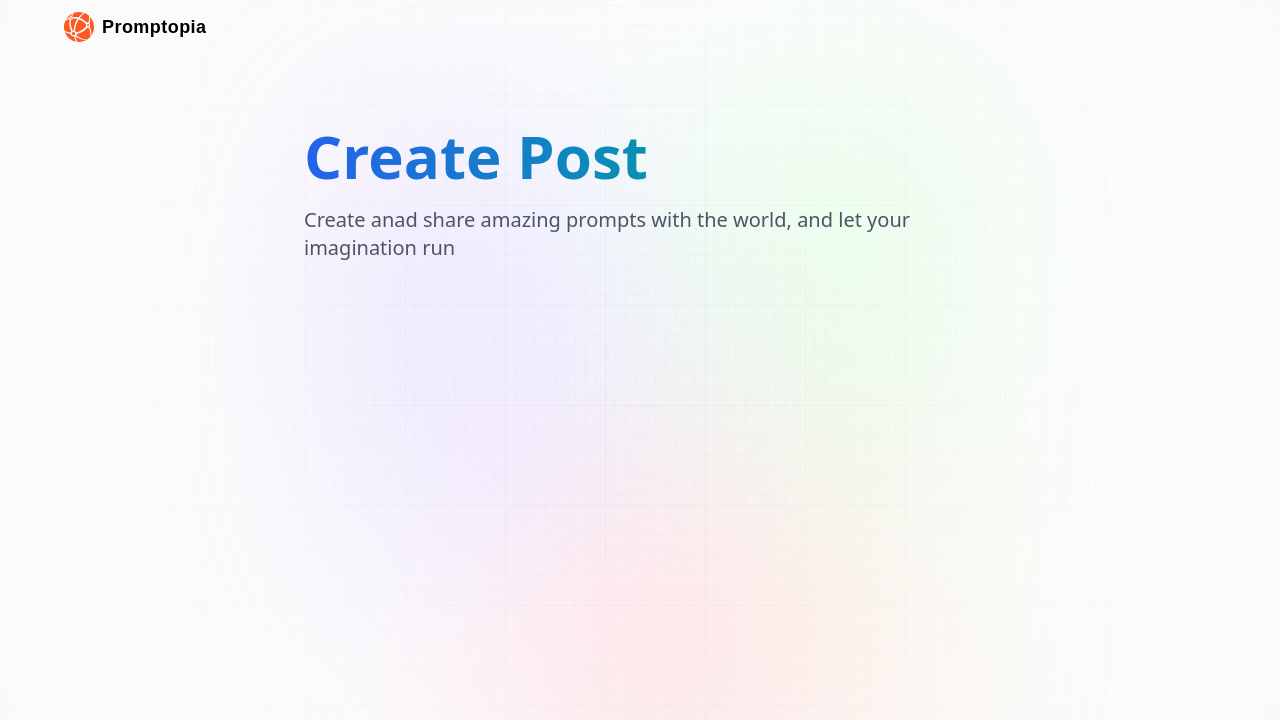
Repository: shraddesh123/promptAI
Page: /create-prompt
The author's editor kept a copy of each file at every save. The page is drawn from the files as they stood at one save, then again after the next save.
The browser window is 1280 px wide. The pictures show the whole page.
The page's requests for data from a server got no answer. The project was rebuilt for these pictures with package versions that can differ from the ones it lists, and the page was loaded fresh each time. The framework's server and built-in components were replaced by stand-ins that run in the browser. No one was signed in, and anything a server would have sent is missing. Also part of the build but not shown: next.config.mjs.

Above is the page before, as saved 2024-08-02 18:15:54.

### app/layout.jsx

import "@styles/global.css";
import Nav from "@components/Nav";
import Provider from "@components/Provider";


export const metadata = {
    title: "Promptopia",
    description: "Discover & Share AI Prompts",
};
//we did not returning anything like other components
const RootLayout = ({ children }) => (
    <html lang='en'>
        <body>
            <Provider>
                <div className='main'>
                    <div className='gradient' />
                </div>
                <main className='app'>
                    <Nav />
                    {children}
                </main>
            </Provider>
        </body>
    </html>
);

export default RootLayout;

### app/create-prompt/page.jsx
"use client";
import { useState } from "react"
import { useSession } from "next-auth/react";
import { useRouter } from "next/router";

import Form from "@components/Form";


const CreatePrompt = () => {
    const [Submitting, setSubmitting] = useState(false);
    const [Post, setPost] = useState({
        prompt: '',
        tag: '',
    });
    const createPrompt = async (e) => {

    }
    return (
        <div>
            <Form
                type="Create"
                post={Post}
                setPost={setPost}
                Submitting={Submitting}
                handleSubmit={createPrompt}
            />
        </div>
    )
}

export default CreatePrompt

### styles/global.css
@import url("https://fonts.googleapis.com/css2?family=Inter:wght@100;200;300;400;500;600;700;800;900&display=swap");

@tailwind base;
@tailwind components;
@tailwind utilities;

/*
  Note: The styles for this gradient grid background is heavily inspired by the creator of this amazing site (https://dub.sh) – all credits go to them!
*/

.main {
  width: 100vw;
  min-height: 100vh;
  position: fixed;
  display: flex;
  justify-content: center;
  padding: 120px 24px 160px 24px;
  pointer-events: none;
}

.main:before {
  background: radial-gradient(circle, rgba(2, 0, 36, 0) 0, #fafafa 100%);
  position: absolute;
  content: "";
  z-index: 2;
  width: 100%;
  height: 100%;
  top: 0;
}

.main:after {
  content: "";
  background-image: url("/assets/images/grid.svg");
  z-index: 1;
  position: absolute;
  width: 100%;
  height: 100%;
  top: 0;
  opacity: 0.4;
  filter: invert(1);
}

.gradient {
  height: fit-content;
  z-index: 3;
  width: 100%;
  max-width: 640px;
  background-image: radial-gradient(
      at 27% 37%,
      hsla(215, 98%, 61%, 1) 0px,
      transparent 0%
    ),
    radial-gradient(at 97% 21%, hsla(125, 98%, 72%, 1) 0px, transparent 50%),
    radial-gradient(at 52% 99%, hsla(354, 98%, 61%, 1) 0px, transparent 50%),
    radial-gradient(at 10% 29%, hsla(256, 96%, 67%, 1) 0px, transparent 50%),
    radial-gradient(at 97% 96%, hsla(38, 60%, 74%, 1) 0px, transparent 50%),
    radial-gradient(at 33% 50%, hsla(222, 67%, 73%, 1) 0px, transparent 50%),
    radial-gradient(at 79% 53%, hsla(343, 68%, 79%, 1) 0px, transparent 50%);
  position: absolute;
  content: "";
  width: 100%;
  height: 100%;
  filter: blur(100px) saturate(150%);
  top: 80px;
  opacity: 0.15;
}

@media screen and (max-width: 640px) {
  .main {
    padding: 0;
  }
}

/* Tailwind Styles */

.app {
  @apply relative z-10 flex justify-center items-center flex-col max-w-7xl mx-auto sm:px-16 px-6;
}

.black_btn {
  @apply rounded-full border border-black bg-red-500 py-1.5 px-5 text-white transition-all hover:bg-white hover:text-black text-center text-sm font-inter flex items-center justify-center;
}

.outline_btn {
  @apply rounded-full border border-black bg-transparent py-1.5 px-5 text-black transition-all hover:bg-black hover:text-white text-center text-sm font-inter flex items-center justify-center;
}

.head_text {
  @apply mt-5 text-5xl font-extrabold leading-[1.15] text-black sm:text-6xl;
}

.orange_gradient {
  @apply bg-gradient-to-r from-amber-500 via-orange-600 to-yellow-500 bg-clip-text text-transparent;
}

.green_gradient {
  @apply bg-gradient-to-r from-green-400 to-green-500 bg-clip-text text-transparent;
}

.blue_gradient {
  @apply bg-gradient-to-r from-blue-600 to-cyan-600 bg-clip-text text-transparent;
}

.desc {
  @apply mt-5 text-lg text-gray-600 sm:text-xl max-w-2xl;
}

.search_input {
  @apply block w-full rounded-md border border-gray-200 bg-white py-2.5 font-satoshi pl-5 pr-12 text-sm shadow-lg font-medium focus:border-black focus:outline-none focus:ring-0;
}

.copy_btn {
  @apply w-7 h-7 rounded-full bg-white/10 shadow-[inset_10px_-50px_94px_0_rgb(199,199,199,0.2)] backdrop-blur flex justify-center items-center cursor-pointer;
}

.glassmorphism {
  @apply rounded-xl border border-gray-200 bg-white/20 shadow-[inset_10px_-50px_94px_0_rgb(199,199,199,0.2)] backdrop-blur p-5;
}

.prompt_layout {
  @apply space-y-6 py-8 sm:columns-2 sm:gap-6 xl:columns-3;
}

/* Feed Component */
.feed {
  @apply mt-16 mx-auto w-full max-w-xl flex justify-center items-center flex-col gap-2;
}

/* Form Component */
.form_textarea {
  @apply w-full flex rounded-lg h-[200px] mt-2 p-3 text-sm text-gray-500 outline-0;
}

.form_input {
  @apply w-full flex rounded-lg mt-2 p-3 text-sm text-gray-500 outline-0;
}

/* Nav Component */
.logo_text {
  @apply max-sm:hidden font-satoshi font-semibold text-lg text-black tracking-wide;
}

.dropdown {
  @apply absolute right-0 top-full mt-3 w-full p-5 rounded-lg bg-white min-w-[210px] flex flex-col gap-2 justify-end items-end;
}

.dropdown_link {
  @apply text-sm font-inter text-gray-700 hover:text-gray-500 font-medium;
}

/* PromptCard Component */
.prompt_card {
  @apply flex-1 break-inside-avoid rounded-lg border border-gray-300 bg-white/20 bg-clip-padding p-6 pb-4 backdrop-blur-lg backdrop-filter md:w-[360px] w-full h-fit;
}

.flex-center {
  @apply flex justify-center items-center;
}

.flex-start {
  @apply flex justify-start items-start;
}

.flex-end {
  @apply flex justify-end items-center;
}

.flex-between {
  @apply flex justify-between items-center;
}

### components/Nav.jsx
"use client";
import Link from "next/link"
import Image from "next/image"
import { useState, useEffect } from "react"
import { signIn, signOut, useSession, getProviders } from 'next-auth/react'


const Nav = () => {

    const { data: session } = useSession();
    const [providers, setProviders] = useState(null);
    const [toggleDropdown, setToggleDropdown] = useState(false);

    useEffect(() => {//functional component to fetch the available authentication providers from the next-auth library
        const setUpProviders = async () => {
            const res = await getProviders();//the getProviders function is called and the result is stored in the res variable.
            setProviders(res);
            // The setProviders function is then called with the res variable to update the providers state variable.
        }
        setUpProviders();
    }, []);


    return (
        <nav className="flex-between w-full mb-16 pt-3">
            <Link
                href="/"
                className="flex gap-2 flex-center">

                <Image
                    src="/assets/images/logo.svg"
                    width={30}
                    height={30}
                    className="object-contain"
                    alt="logo"
                />

                <p className="logo_text">Promptopia</p>

            </Link>
            {/*desktop navigation*/}
            <div className="sm:flex hidden">
                {session?.user ? (
                    <div className="flex gap-3 md:gap-5">
                        <Link
                            href="/create-prompt"
                            className="black_btn"
                        >
                            Create Post
                        </Link>
                        <button
                            type="button"
                            onClick={signOut}
                            className="outline_btn">
                            Sign Out
                        </button>
                        <Link href="/profile">
                            <Image
                                src={session?.user.image}
                                width={37}
                                height={37}
                                className="rounded-full"
                                alt="profile"
                            />
                        </Link>
                    </div>
                ) : (
                    <>
                        {providers &&
                            Object.values(providers).map((provider) => (
                                <button
                                    type='button'
                                    key={provider.name}
                                    onClick={() => {
                                        signIn(provider.id);
                                    }}
                                    className='black_btn'
                                >
                                    Sign In
                                </button>
                            ))}
                    </>
                )}
            </div>
            {/*mobile navigation*/}
            <div className="sm:hidden flex relative">
                {session?.user ? (
                    <div className="flex">
                        <Image
                            src={session?.user.image}
                            width={30}
                            height={30}
                            className="object-contain cursor-pointer"
                            alt="profile"
                            onClick={() => setToggleDropdown(!toggleDropdown)}//prev is a reference to the previous value of the toggleDropdown state variable.!prev expression is used to toggle the value of prev. If prev is true, !prev will be false, and vice versa.
                        />
                        {toggleDropdown && (
                            <div className="dropdown">
                                <Link
                                    href='/profile'
                                    className='dropdown_link'
                                    onClick={() => setToggleDropdown(false)}
                                >
                                    My Profile
                                </Link>
                                <Link
                                    href='/create-prompt'
                                    className='dropdown_link'
                                    onClick={() => setToggleDropdown(false)}
                                >
                                    Create Post
                                </Link>
                                <button
                                    type="button"
                                    onClick={() => {
                                        setToggleDropdown(false);
                                        signOut();
                                    }}
                                    className="mt-5 w-full black_btn"
                                >
                                    Sign Out
                                </button>
                            </div>
                        )}
                    </div>
                )
                    :
                    (
                        <>
                            {providers &&
                                Object.values(providers).map((provider) => (
                                    <button
                                        type='button'
                                        key={provider.name}
                                        onClick={() => {
                                            signIn(provider.id);
                                        }}
                                        className='black_btn'
                                    >
                                        Sign in
                                    </button>
                                ))}
                        </>
                    )}
            </div>
        </nav>
    )
}

export default Nav

### components/Provider.jsx
"use client";
import { SessionProvider } from 'next-auth/react'

const Provider = ({ children, session }) => {

  return (
    <SessionProvider session={session}>
      {children}
    </SessionProvider>
  )
}

export default Provider

### components/Form.jsx
import Link from "next/link"

const Form = ({ type, post, setPost, Submitting, handleSubmit }) => {
  return (
    <section className="w-full max-w-full flex-start flex-col">
      <h1 className="head_text text-left"> <span className="blue_gradient">{type} Post</span></h1>
      <p className="desc text-left max-w-md">
          {type} anad share amazing prompts with the world, and let your imagination run
      </p>
    </section>
  )
}

export default Form

Loaded but not shown: tailwind.config.js (common file)

After the next save:
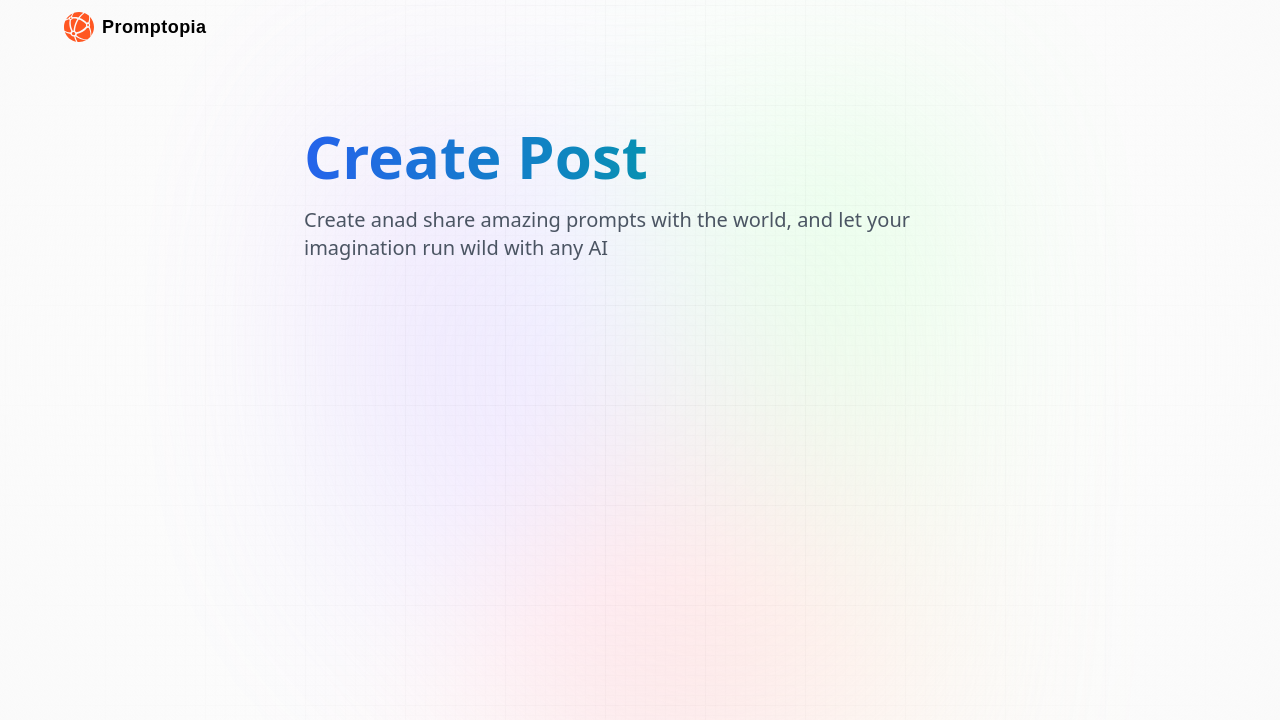
Saved 24 s later.
--- a/components/Form.jsx
+++ b/components/Form.jsx
@@ -5,7 +5,7 @@ const Form = ({ type, post, setPost, Submitting, handleSubmit }) => {
     <section className="w-full max-w-full flex-start flex-col">
       <h1 className="head_text text-left"> <span className="blue_gradient">{type} Post</span></h1>
       <p className="desc text-left max-w-md">
-          {type} anad share amazing prompts with the world, and let your imagination run
+          {type} anad share amazing prompts with the world, and let your imagination run wild with any AI
       </p>
     </section>
   )
